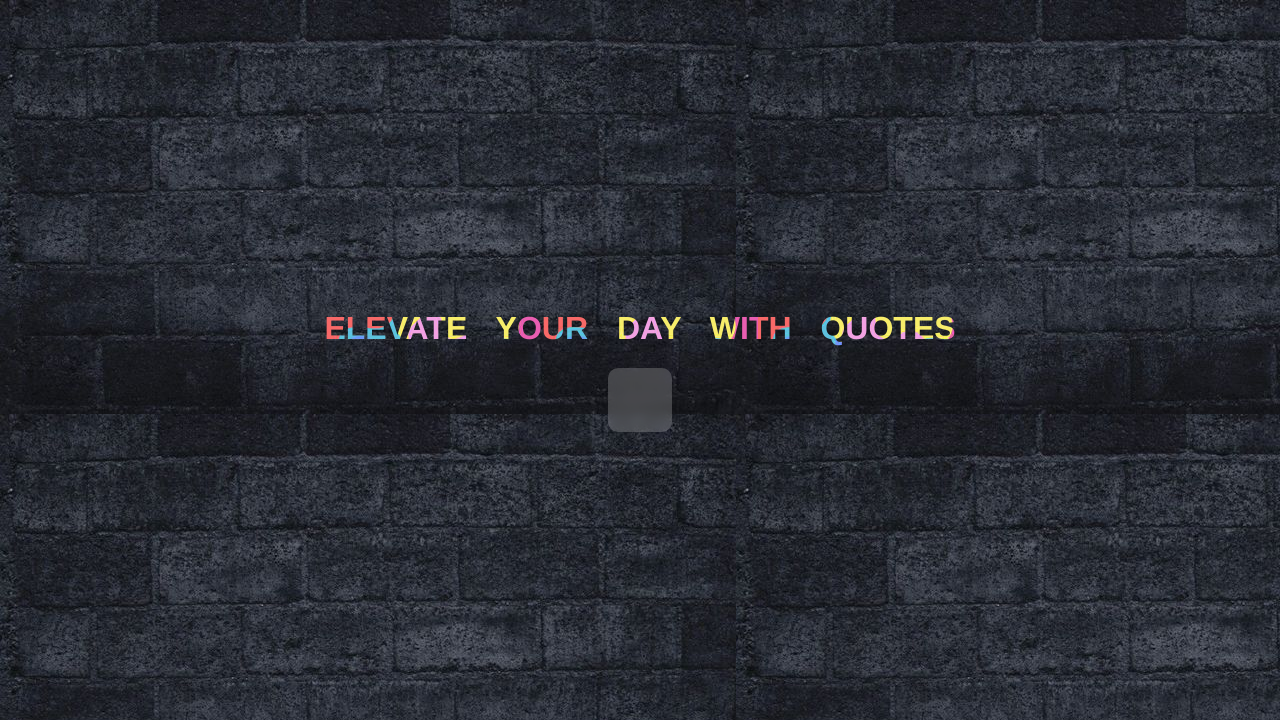
Repository: Bhavik-Sanghar/Quote-app
Page: /
The author's editor kept a copy of each file at every save. The page is drawn from the files as they stood at one save, then again after the next save.
The browser window is 1280 px wide. The pictures show the whole page.
The page's requests for data from a server got no answer. The project was rebuilt for these pictures with package versions that can differ from the ones it lists, and the page was loaded fresh each time. No one was signed in, and anything a server would have sent is missing. Also part of the build but not shown: src/styles.css.

Above is the page before, as saved 2023-08-18 15:06:09.

### src/App.js
import React from 'react';
import './styles.css';
import QuoteComponent from './components/NewQuote'

function App() {
  return (
    <div className="App">

      <QuoteComponent/>


    </div>
  );
}

export default App;

### src/components/NewQuote.js
import React, { useEffect, useState } from "react";
import axios from "axios";
import './New.css'

const QuoteComponent = () => {
  const [quotes, setQuotes] = useState([]);
  const category = "inspirational";
  const apiKey = "EgtS4gqLsbjvHM2bBjKwBA==PYmsGLFQFXQzq0Na";

  useEffect(() => {
    fetchQuotes();
  }, []);

  const fetchQuotes = async () => {
    try {
      const response = await axios.get(
        `https://api.api-ninjas.com/v1/quotes?category=${category}&limit=`, // Fetching 5 quotes
        {
          headers: { "X-Api-Key": apiKey },
        }
      );
      console.log(response)
      setQuotes(response.data);
    } catch (error) {
      console.error("Error: ", error);
    }
  };

  return (
    <div className="quote-container">
      <h1>Elevate Your Day with Quotes</h1>
      <div className="card-container">
        {quotes.map((quote, index) => (
          <div key={index} className="card">
            <p className="quote-text">{quote.quote}</p>
            <p className="author">- {quote.author}</p>
          </div>
        ))}
      </div>
    </div>
  );
};

export default QuoteComponent;

### src/components/New.css
.quote-container{
  padding: auto;
  display: flex;
  flex-direction: column;
  justify-content: center;
  align-items: center;
  min-height: 100vh;
  background-color : black;
  background-image: url(./bg.jpg);
  color : white;
}

.quote-container h1
  {
    background-image: url(./h1.jpg);
    background-repeat: repeat;
    -webkit-background-clip: text;
    -webkit-text-fill-color: transparent;
    text-align: center;
    word-spacing: 20px;
    font-weight: bold;
    text-transform: uppercase;
    font-family: 'Steelfish Rg', 'helvetica neue';
    font-weight: 800;
    -webkit-font-smoothing: antialiased;
    transition: background-color 0.3s ease-in-out;

}

.quote-container:hover {
  background-color: rgba(0, 0, 0, 0.8);
}


.card-container{
  backdrop-filter: blur(5px);
    background-color: hsla(0,0%,100%,.2);
    border-radius: 10px;
    padding: 2rem;
}

Loaded but not shown: public/index.html (common file); src/index.js (common file); src/index.css (common file); src/reportWebVitals.js (common file)

After the next save:
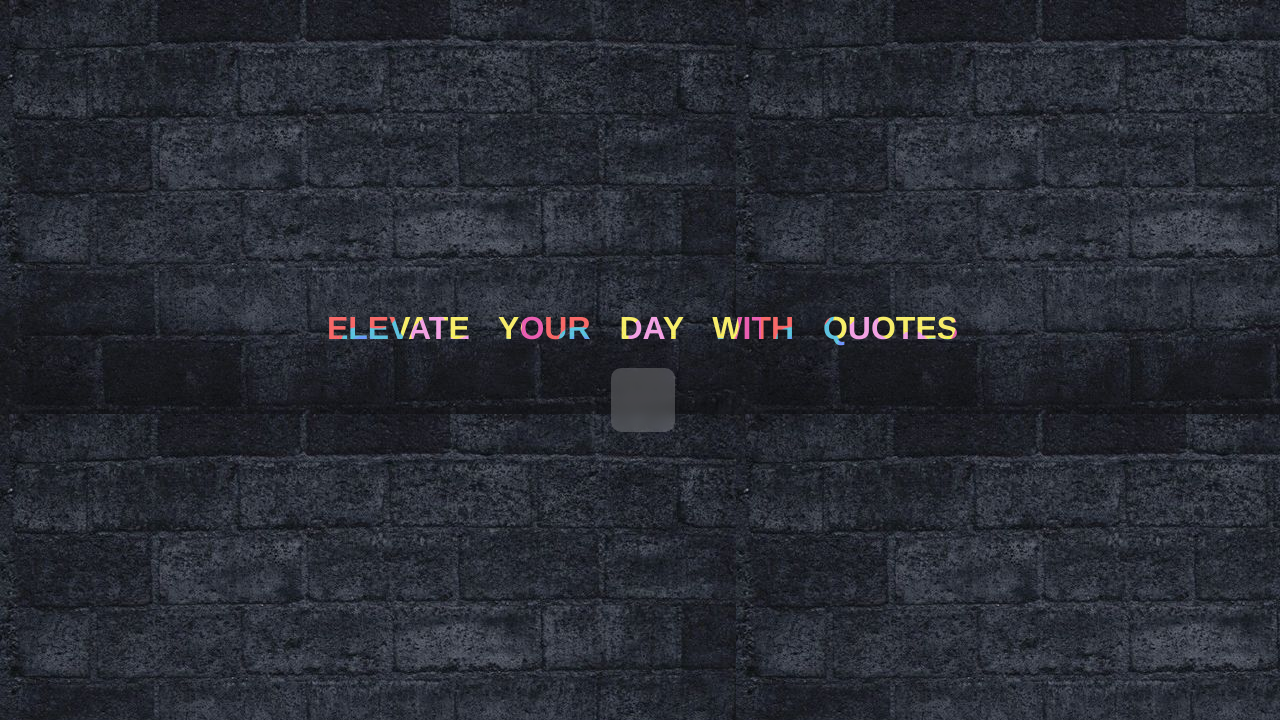
Saved 26 s later.
--- a/src/components/New.css
+++ b/src/components/New.css
@@ -1,5 +1,6 @@
 .quote-container{
   padding: auto;
+  padding-left: 5px;
   display: flex;
   flex-direction: column;
   justify-content: center;
